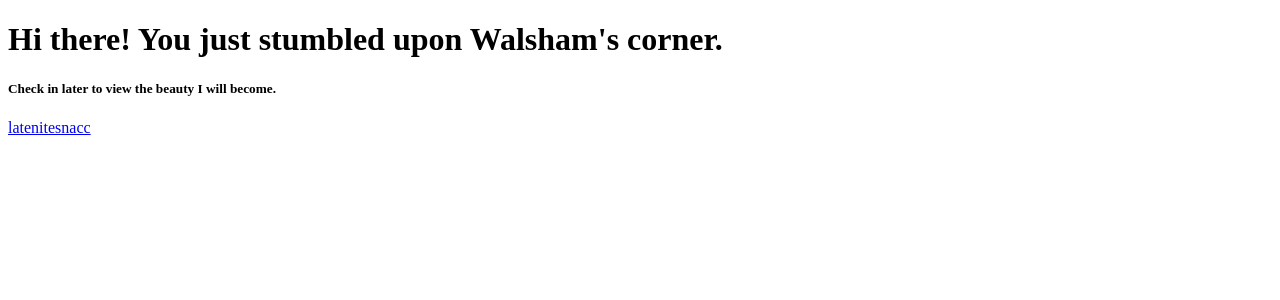
Repository: latenightsnacc/Coming-Soon-Pages
Page: index.html
These files come from the project's save history. The page is drawn as it stood at one moment and after the next save; the edit follows.
The browser window is 1280 px wide. The pictures show the whole page.

Above is the page before, as saved 2020-10-13 15:51:55.

After the next save:
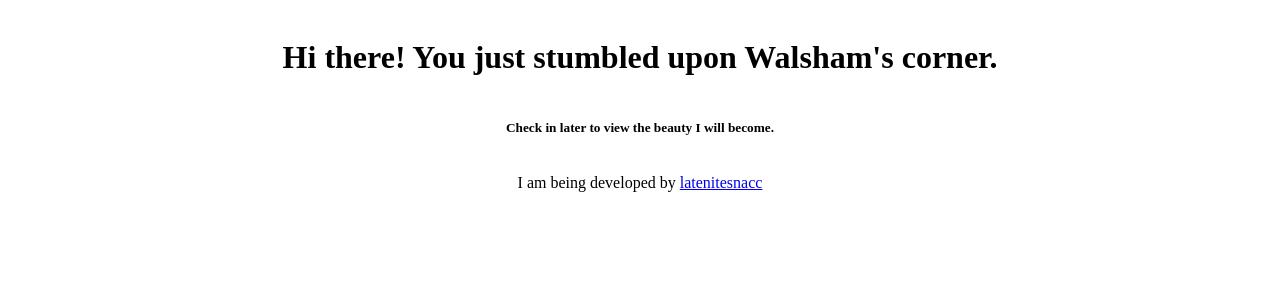
Saved 2 min 48 s later.
--- a/index.html
+++ b/index.html
@@ -4,12 +4,29 @@
     <meta charset="UTF-8">
     <meta name="viewport" content="width=device-width, initial-scale=1.0">
     <title>Welcome to Walsham's Corner | Walsham's corner</title>
+    <style>
+        .container {
+            display: flex;
+            flex-direction: column;
+            justify-content: center;
+            align-items: center;
+            padding: 10px;
+        }
+        .text-center{
+            text-align: center;
+        }
+        h1, h5, p, a {
+            font-family: ;
+        }
+    </style>
 </head>
+
 <body>
     <div class="container text-center">
         <h1>Hi there! You just stumbled upon Walsham's corner.</h1>
         <h5>Check in later to view the beauty I will become.</h5>
-        <a href="mailto:egonubuchi97@gmail.com">latenitesnacc</a>
+        <p>I am being developed by <a href="mailto:egonubuchi97@gmail.com">latenitesnacc</a> </p>
+
     </div>
 </body>
 </html>
